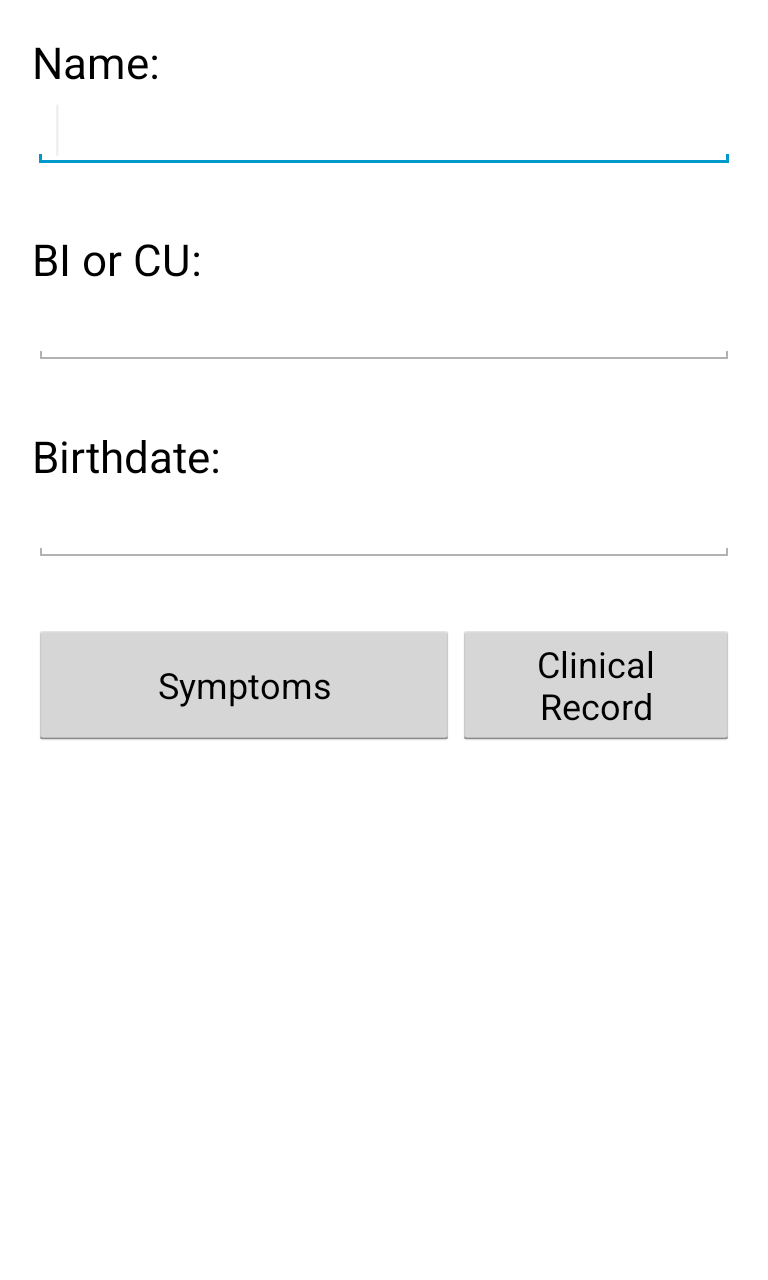
Repository: diogosufil/AcupunturaClienteAndroid
Layout: AcupunturaClienteAndroid/res/layout/activity_appointment.xml
These files come from the project's save history. The layout is drawn as it stood at one moment and after the next save; the edit follows.
It is drawn on a 768 x 1280 px phone screen (xhdpi) without system bars, with theme AppTheme; the app's code is not run.

Above is the layout before, as saved 2015-01-07 15:22:22.

After the next save:
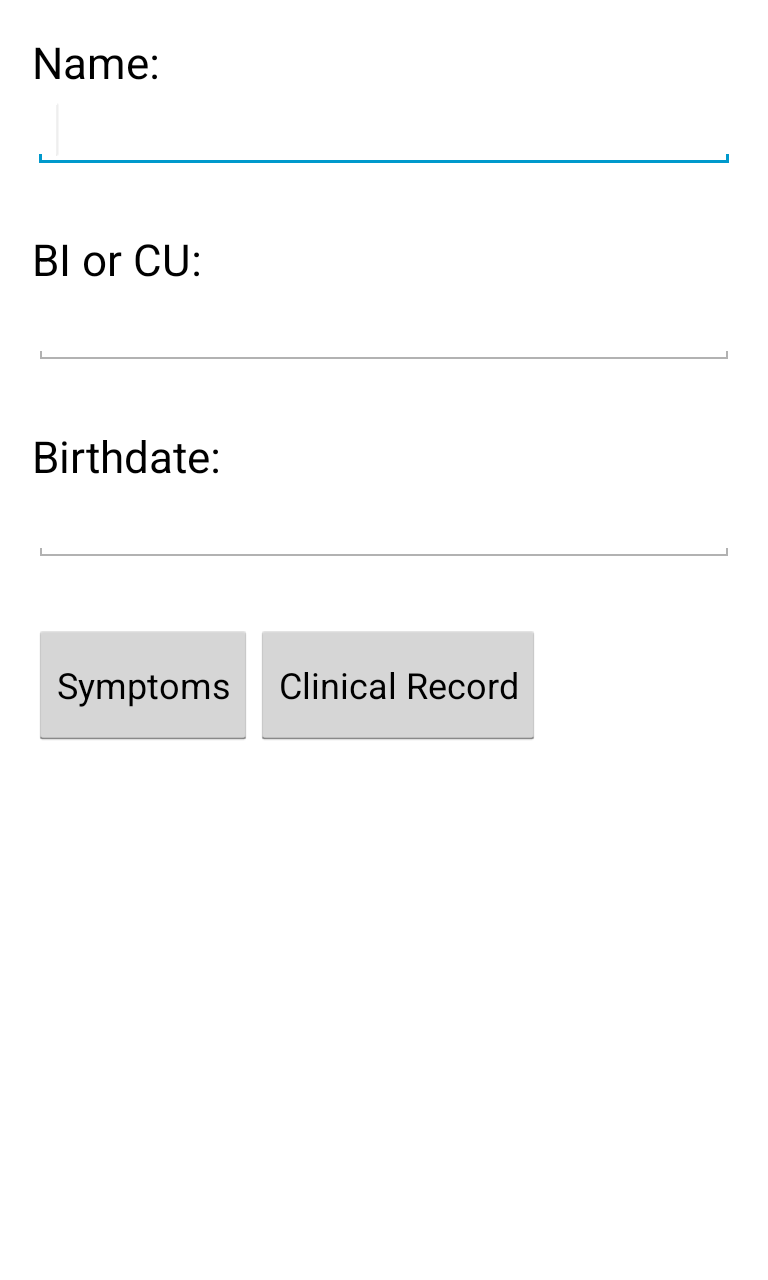
Saved 2 min 24 s later.
--- a/AcupunturaClienteAndroid/res/layout/activity_appointment.xml
+++ b/AcupunturaClienteAndroid/res/layout/activity_appointment.xml
@@ -81,14 +81,13 @@
 
         <Button
             android:id="@+id/buttonChooseSymptoms"
-            android:layout_width="140dp"
+            android:layout_width="wrap_content"
             android:layout_height="match_parent"
-            android:layout_weight="0.78"
             android:text="@string/symptoms" />
 
         <Button
             android:id="@+id/button1"
-            android:layout_width="140dp"
+            android:layout_width="wrap_content"
             android:layout_height="62dp"
             android:text="@string/clinicalRecord" />
 
